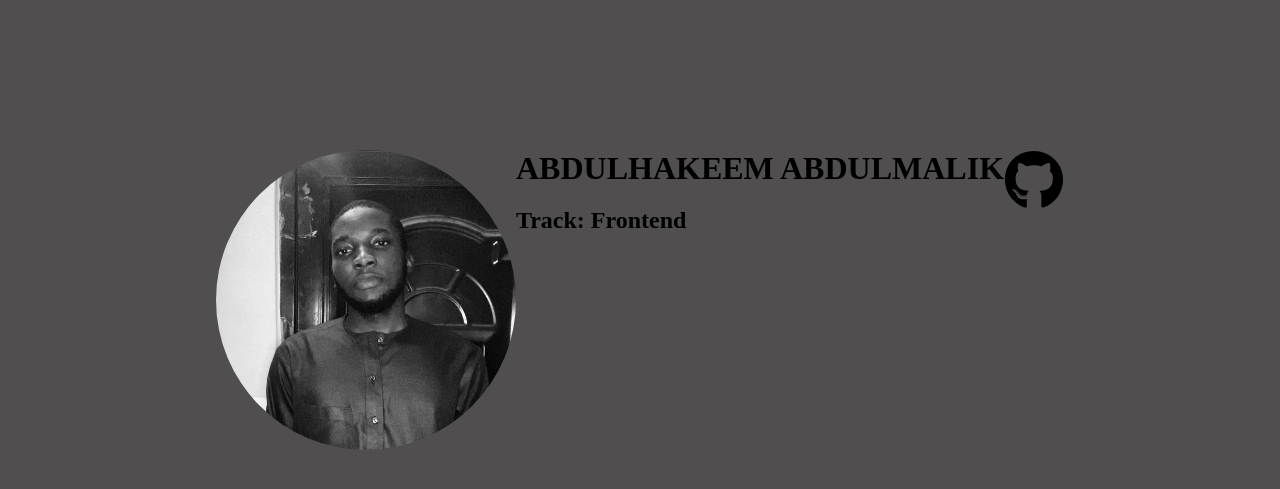
Repository: malikhakeem/HNG-TASK
Page: HNG-TASK1.html
These files come from the project's save history. The page is drawn as it stood at one moment and after the next save; the edit follows.
The browser window is 1280 px wide. The pictures show the whole page.

Above is the page before, as saved 2023-09-08 21:58:41.

### HNG-TASK1.html
<!DOCTYPE html>
<html lang="en">

<head>
    <meta charset="UTF-8">
    <meta name="viewport" content="width=device-width, initial-scale=1.0">

    <link rel="stylesheet" href="./HNG-TASK!.css">
    <title>HNG</title>
</head>

<body>
    <div class="body">
        <div class="nav">
            <div class="nav-left"><img data-testId="slackDisplayImage" class="profile-pic" src="./pic/kim.jpg"alt="Malik" /></div>
            <div class="nav-mid">
                <div class="slack-name">
                    <h1>ABDULHAKEEM ABDULMALIK</h1>
                </div>
                <div data-testId="myTrack"class="track">
                    <h2>Track: Frontend</h2>
                </div>
            </div>
            <div data-testId="slackUserName" class="nav-right">
                <a href="link address"><img src="./pic//github.svg" width="60" height="60"></a>
            </div>

        </div>
    </div>

</body>

</html>

### HNG-TASK!.css
*{
    padding:0px;
    margin:0px;

}

.profile-pic{
    width:300px;
    height:300px;
    border-radius: 50%;
}
.nav{
    display:flex;

    justify-content: space-between;
    padding: 150px 100px 0px 100px;
}

.track{
    padding-top: 20px;
}

body{
    display:flex;
 justify-content: center;

    background-color:rgb(80, 78, 78);
}

After the next save:
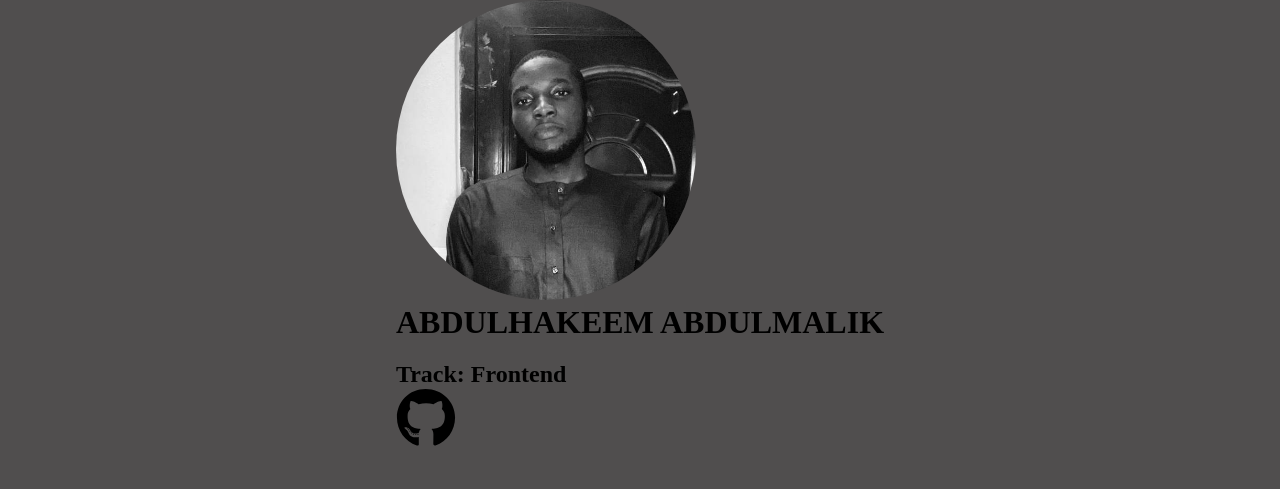
Saved 16 s later.
--- a/HNG-TASK!.css
+++ b/HNG-TASK!.css
@@ -10,10 +10,10 @@
     border-radius: 50%;
 }
 .nav{
-    display:flex;
+    /* display:flex;
 
     justify-content: space-between;
-    padding: 150px 100px 0px 100px;
+    padding: 150px 100px 0px 100px; */
 }
 
 .track{
